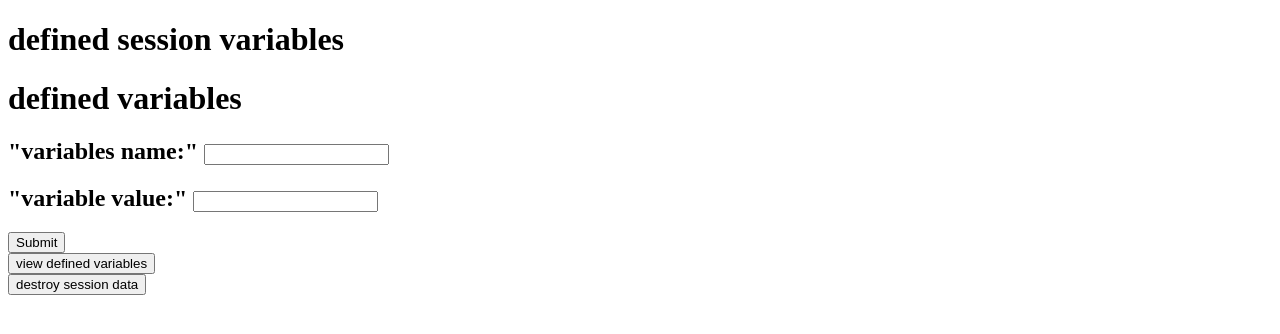
Repository: yousukeimura/attend_app
Page: Practice_php/lesson10.html
The author's editor kept a record of every edit. The page is drawn from the files as they stood at one moment, then again after the next edit.
The browser window is 1280 px wide. The pictures show the whole page.

Above is the page before.

### Practice_php/lesson10.html
<!DOCTYPE html>
<html>
<head>
</head>


<body>
 <form action="" method="POSt">
<h1>defined session variables</h1>
<h1>defined variables</h1>
<h2>"variables name:"
    <input type="text" name="var_name" value>
</h2>
<h2>
 "variable value:"
 <input type="value" value>
 </h2>
 <input type="submit" name="define_variable">
</form>

<form action="" method="GET">
    <input type="submit" value="view defined variables">
</form>

<form action="php-session-destroy.php" method="GET">
    <input type="submit" value="destroy session data">
</form>

</body>
</html>

After the next edit:
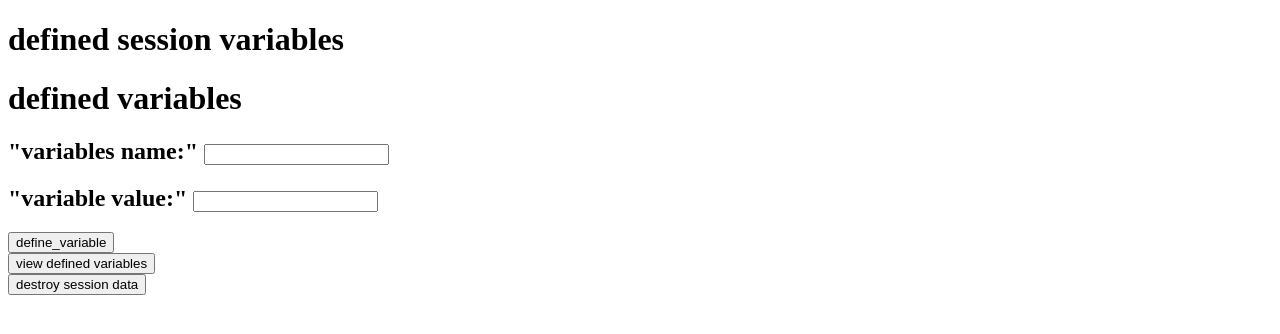
The edit:
--- a/Practice_php/lesson10.html
+++ b/Practice_php/lesson10.html
@@ -15,7 +15,7 @@
  "variable value:"
  <input type="value" value>
  </h2>
- <input type="submit" name="define_variable">
+ <input type="submit" value="define_variable">
 </form>
 
 <form action="" method="GET">
